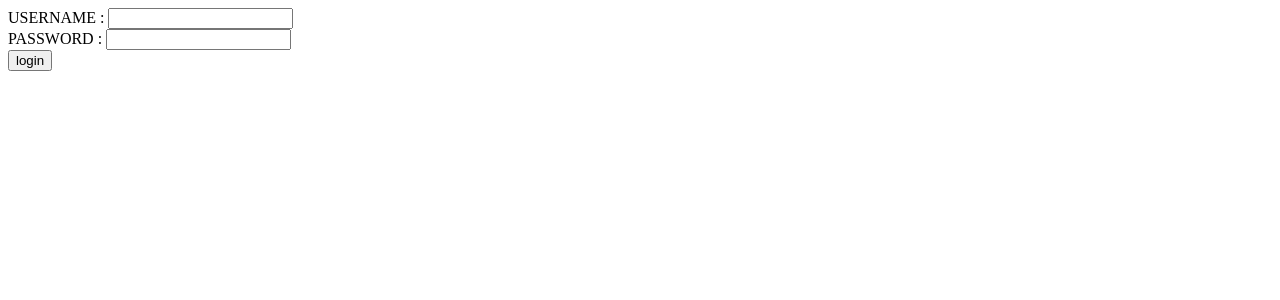
Repository: BhaswatSaikia/Doraemon
Page: http://localhost/MyApp/login.jsp
An editor plug-in stored every save of this project. The page is shown before and after the next save, followed by the edit.
The browser window is 1280 px wide. The pictures show the whole page.
The page is served by Tomcat 9.

Above is the page before, as saved 2018-08-16 10:07:16.

After the next save:
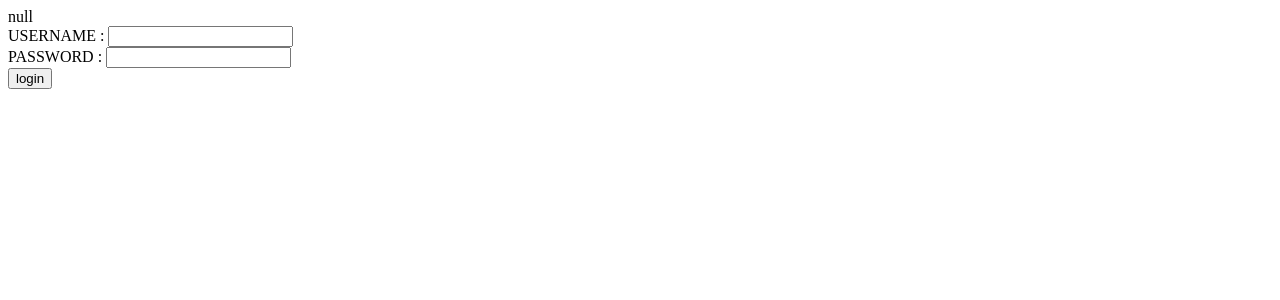
Saved 56 min 25 s later.
--- a/MyApp/WebContent/login.jsp
+++ b/MyApp/WebContent/login.jsp
@@ -7,6 +7,12 @@
 <title>Insert title here</title>
 </head>
 <body>
+<%
+String mess = (String)request.getAttribute("message");
+
+
+%>
+<%= mess %>
 <form action ="check">
 
 USERNAME : <input type ="text" name ="username"> <br>
